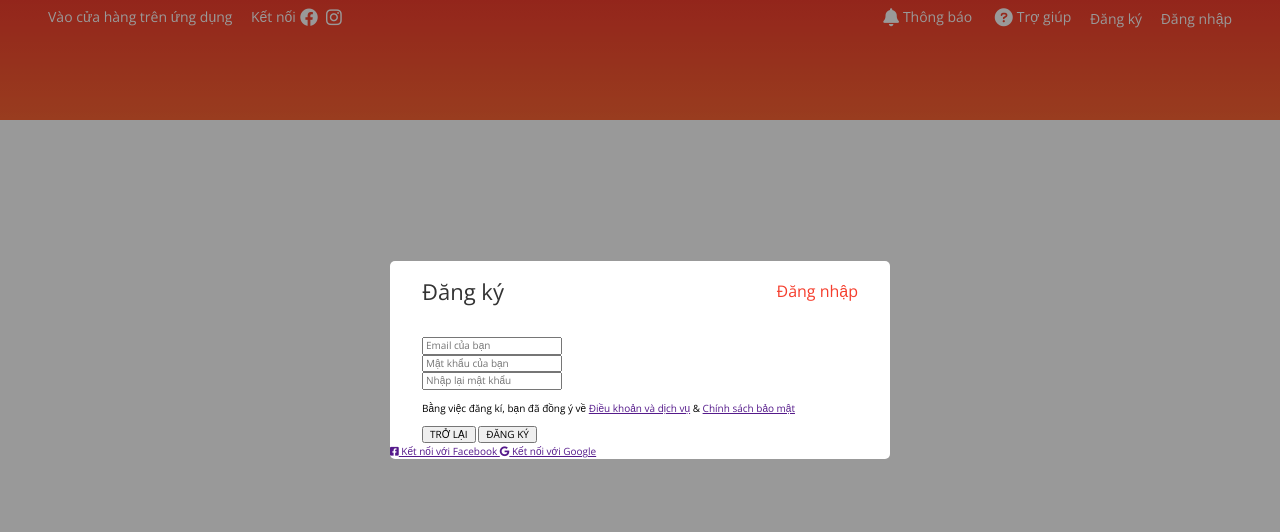
Repository: trongtamdev/Clone-Shopee-Page
Page: index.html
The author's editor kept a copy of each file at every save. The page is drawn from the files as they stood at one save, then again after the next save.
The browser window is 1280 px wide. The pictures show the whole page.

Above is the page before, as saved 2022-07-08 21:13:12.

After the next save:
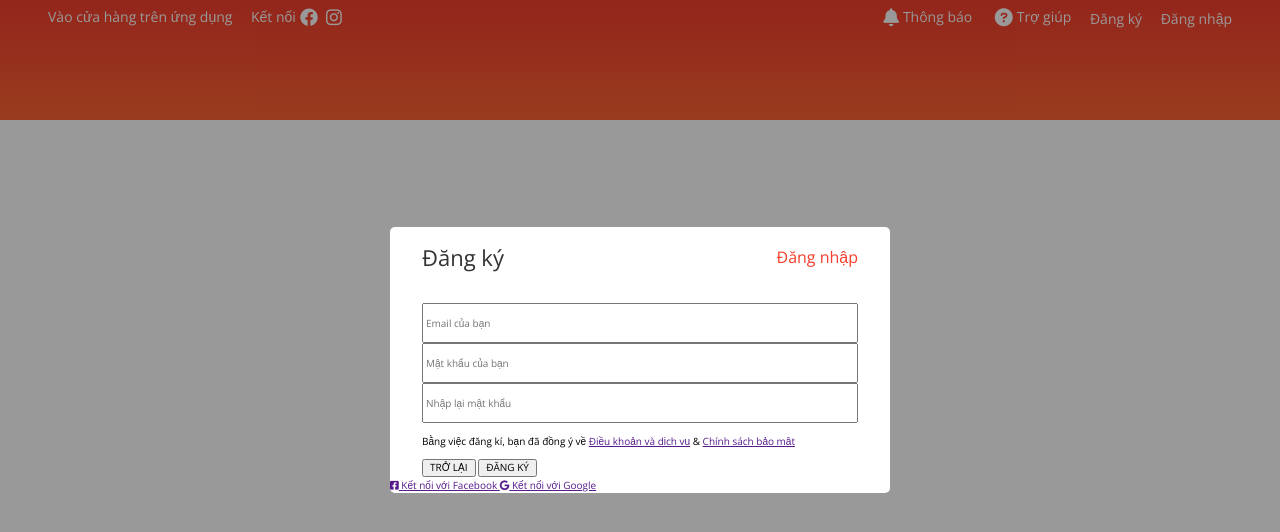
Saved 6 min 53 s later.
--- a/assets/css/main.css
+++ b/assets/css/main.css
@@ -116,6 +116,7 @@
 
 .auth-form {
     width: 500px;
+
 }
 
 
@@ -145,3 +146,8 @@
 .auth-form__form {
     margin-top: 16px;
 }
+
+.auth-form__input {
+    width: 100%;
+    height: 40px;
+}
